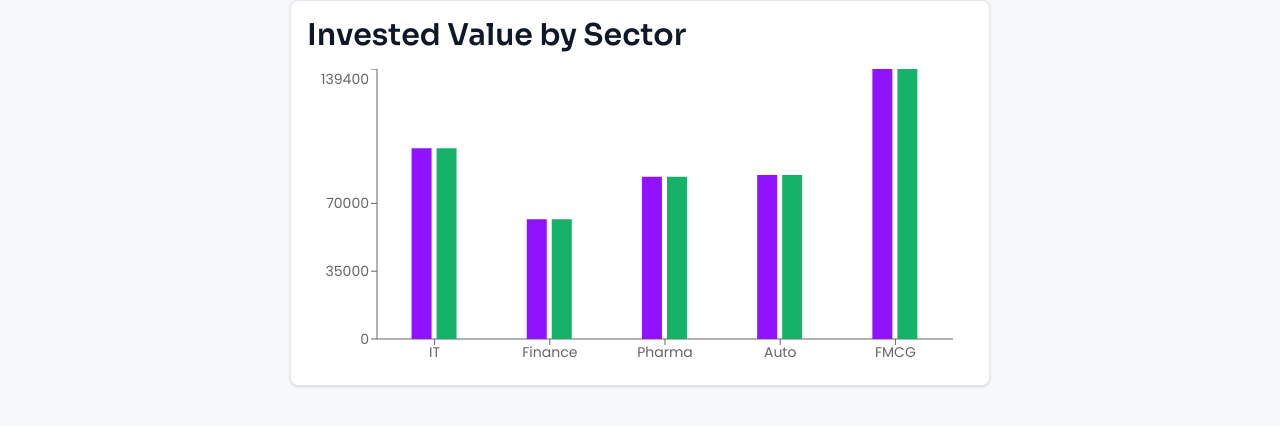
Repository: jabir12-12/inten-project
Page: /components/barchart
These files come from the project's save history. The page is drawn as it stood at one moment and after the next save; the edit follows.
The browser window is 1280 px wide. The pictures show the whole page.
The page's requests for data from a server got no answer. The project was rebuilt for these pictures with package versions that can differ from the ones it lists, and the page was loaded fresh each time. The framework's server and built-in components were replaced by stand-ins that run in the browser. No one was signed in, and anything a server would have sent is missing. Also part of the build but not shown: next.config.ts.

Above is the page before, as saved 2025-05-17 23:30:03.

### src/pages/_app.tsx
import "@/styles/globals.css";
import type { AppProps } from "next/app"

export default function App({ Component, pageProps }: AppProps) {
  return <Component {...pageProps} />;
}

### src/pages/components/barchart.tsx
import React, { useEffect, useState } from 'react';
import {
    Bar,
    BarChart,
    CartesianGrid,
    Legend,
    ResponsiveContainer,
    Tooltip,
    XAxis,
    YAxis,
} from "recharts";

interface StockData {
    symbol: string;
    category: string;
    purchasePrice: number;
    quantity: number;
    cmp: number;  // current market price
}

const BASE_STOCKS = [
    { symbol: 'INFY.NS', category: 'IT', purchasePrice: 1650, quantity: 20 },
    { symbol: 'TCS.NS', category: 'IT', purchasePrice: 3800, quantity: 10 },
    { symbol: 'HCLTECH.NS', category: 'IT', purchasePrice: 1100, quantity: 25 },

    { symbol: 'HDFCBANK.NS', category: 'Finance', purchasePrice: 1500, quantity: 15 },
    { symbol: 'ICICIBANK.NS', category: 'Finance', purchasePrice: 750, quantity: 30 },
    { symbol: 'SBIN.NS', category: 'Finance', purchasePrice: 420, quantity: 40 },

    { symbol: 'SUNPHARMA.NS', category: 'Pharma', purchasePrice: 950, quantity: 18 },
    { symbol: 'DIVISLAB.NS', category: 'Pharma', purchasePrice: 4800, quantity: 10 },
    { symbol: 'CIPLA.NS', category: 'Pharma', purchasePrice: 850, quantity: 22 },

    { symbol: 'TATAMOTORS.NS', category: 'Auto', purchasePrice: 350, quantity: 50 },
    { symbol: 'BAJAJ-AUTO.NS', category: 'Auto', purchasePrice: 4200, quantity: 8 },
    { symbol: 'EICHERMOT.NS', category: 'Auto', purchasePrice: 2800, quantity: 12 },

    { symbol: 'HINDUNILVR.NS', category: 'FMCG', purchasePrice: 2500, quantity: 14 },
    { symbol: 'ITC.NS', category: 'FMCG', purchasePrice: 240, quantity: 60 },
    { symbol: 'NESTLEIND.NS', category: 'FMCG', purchasePrice: 18000, quantity: 5 },
];

// Helper to aggregate by category for chart
function aggregateByCategory(stocks: StockData[]) {
    const categoryMap: Record<string, { invested: number; current: number }> = {};

    stocks.forEach(({ category, purchasePrice, quantity, cmp }) => {
        if (!categoryMap[category]) {
            categoryMap[category] = { invested: 0, current: 0 };
        }
        categoryMap[category].invested += purchasePrice * quantity;
        categoryMap[category].current += cmp * quantity;
    });

    return Object.entries(categoryMap).map(([name, values]) => ({
        name,
        invested: values.invested,
        current: values.current,
    }));
}

export default function BarChartComponent() {
    const [stocks, setStocks] = useState<StockData[]>([]);
    const [loading, setLoading] = useState(true);

    useEffect(() => {
        async function fetchData() {
            try {
                const res = await fetch('/api/route'); // Replace with your actual API route URL
                const json = await res.json();

                if (json.success) {
                    // Map cmp prices by symbol
                    const pricesMap: Record<string, number> = {};
                    json.data.forEach((stock: { symbol: string; cmp: number }) => {
                        pricesMap[stock.symbol] = stock.cmp;
                    });

                    // Merge cmp prices into base stocks
                    const updatedStocks: StockData[] = BASE_STOCKS.map(stock => ({
                        ...stock,
                        cmp: pricesMap[stock.symbol] ?? stock.purchasePrice,
                    }));

                    setStocks(updatedStocks);
                } else {
                    console.error("Failed to load stock prices:", json.error);
                    // Fallback to purchasePrice if API fails
                    const fallbackStocks = BASE_STOCKS.map(stock => ({
                        ...stock,
                        cmp: stock.purchasePrice,
                    }));
                    setStocks(fallbackStocks);
                }
            } catch (err) {
                console.error("Error fetching stock prices:", err);
                // Fallback to purchasePrice on error
                const fallbackStocks = BASE_STOCKS.map(stock => ({
                    ...stock,
                    cmp: stock.purchasePrice,
                }));
                setStocks(fallbackStocks);
            } finally {
                setLoading(false);
            }
        }

        fetchData();
    }, []);

    if (loading) return <div>Loading stock data...</div>;

    const barChartData = aggregateByCategory(stocks);

    return (
        <div className="flex flex-col gap-4 border border-gray-200 rounded-lg p-4 bg-white shadow-sm max-w-full w-full sm:w-[90vw] md:w-[600px] lg:w-[700px] mx-auto">
            <h1 className="text-gray-900 font-semibold text-xl sm:text-2xl md:text-3xl">
                Invested Value by Sector
            </h1>

            <ResponsiveContainer width="100%" height={300}>
                <BarChart
                    data={barChartData}
                    barGap={5}
                    barCategoryGap="30%"
                    margin={{ right: 20, left: 10 }}
                >
                    <CartesianGrid strokeDasharray="3 3" horizontal={false} vertical={false} />
                    <XAxis
                        dataKey="name"
                        fontFamily="poppins"
                        fontSize={14}
                        fontWeight={400}
                        fill="#667085"
                        interval="preserveStartEnd"
                    />
                    <YAxis
                        domain={[0, 'dataMax']}
                        fontFamily="poppins"
                        fontSize={14}
                        fontWeight={400}
                        fill="#667085"
                    />
                    <Tooltip
                        cursor={false}
                        isAnimationActive={true}
                        content={({ active, payload, label }) => {
                            if (!active || !payload || payload.length === 0) return null;

                            const invested = Number(payload.find(p => p.dataKey === 'invested')?.value) || 0;
                            const current = Number(payload.find(p => p.dataKey === 'current')?.value) || 0;
                            const gainLoss = Math.abs(current - invested);
                            const gainLossColor = current >= invested ? "#17B26A" : "#F04438";

                            return (
                                <div style={{ backgroundColor: 'white', padding: 10, border: '1px solid #ccc' }}>
                                    <p style={{ marginBottom: 8, fontWeight: 'bold' }}>{label}</p>
                                    <p style={{ color: '#9012FF' }}>
                                        Invested: ₹{invested.toLocaleString("en-IN")}
                                    </p>
                                    <p style={{ color: gainLossColor }}>
                                        Current: ₹{current.toLocaleString("en-IN")}
                                    </p>
                                    <p style={{ color: gainLossColor }}>
                                        Gain/Loss: ₹{gainLoss.toLocaleString("en-IN")}
                                    </p>
                                </div>
                            );
                        }}
                    />
                    <Legend wrapperStyle={{ display: 'none' }} />
                    <Bar dataKey="invested" name="Invested" fill="#9012FF" />
                    <Bar dataKey="current" name="Current" fill="#17B26A" />
                </BarChart>
            </ResponsiveContainer>
        </div>
    );
}

### src/styles/globals.css
@import url('https://fonts.googleapis.com/css2?family=Poppins:wght@400;500;600&family=Inter:wght@400;500;600&family=Sora:wght@400;500;600;700;800&display=swap');
@import url('https://fonts.googleapis.com/css2?family=Inter:wght@400;700&display=swap');

@import "tailwindcss";

body {
  background-color: #f7f8fb;
  margin: 0;
  padding: 0;
  font-family: 'Poppins', sans-serif;
  justify-content: center;
  align-items: center;
  height: 100vh;
}

.video-js .vjs-playback-rate {
  font-size: 10px;
  transform: translateY(12px);
  /* Moves the button down by 10px */

}

.heading .head {
  font-family: 'Sora', sans-serif;
  font-size: 24px;
  /* Example size */
  font-weight: 700;
}

/* Example for other headings if needed */
h1,
h2,
h3,
h4,
h5,
h6 {
  font-family: 'Sora', sans-serif;
}

h3 {
  font-size: 18px;
  font-weight: 600;
}

/* Ensure that other text elements use Poppins */
p,
span,
div {
  font-family: 'Poppins', sans-serif;
}

.button {
  outline: none;
}

/* Custom scrollbar styles */

::-webkit-scrollbar {
  width: 7px;
  height: 7px;
}

::-webkit-scrollbar-thumb {
  background-color: rgba(234, 236, 240, 1);
  ;

  border-radius: 100px;
}

::-webkit-scrollbar-track {
  background: "white";

}

/* THIS IS FOR TEXT-EDITOR IN DISSCUSSION TAB --------------------------*/
.custom-quill .ql-container {
  border: none !important;
  /* Remove the border from the container */
}

.custom-quill .ql-editor {
  border: none !important;
  /* Ensure no border around the editor */
}

.custom-quill:focus {
  outline: none;
  /* Remove outline on focus */
}

.custom-quill .ql-editor {
  font-size: 16px;
  /* Set text size to 16px */
  font-family: 'Poppins', sans-serif;
  font-style: normal;
  /* Use the Poppins font */

}

.custom-quill .ql-editor:empty::before {

  /* Show placeholder */
  color: #667085;
  /* Placeholder color */
  font-family: 'Poppins', sans-serif;
  font-style: normal;
  /* Poppins font for placeholder */
  font-size: 16px;
  /* Placeholder size */
  position: absolute;
  /* Position it absolutely */
  left: 10px;
  /* Adjust according to your padding */
  top: 10px;
  /* Adjust according to your padding */
  pointer-events: none;
  /* Prevent interaction */
}

.custom-quill .ql-editor:focus::before {
  display: none;
  /* Hide placeholder on focus */
}

/* -------------------------------------------------- */
/* FOR TOOLTIP FOR TEST PAGE ONLY ->learn Tab */


.tooltipText {
  position: absolute;
  color: white;
  bottom: 125%;
  /* Position above the button */
  left: 50%;
  /* Center horizontally */
  transform: translateX(-50%);
  /* Adjust to center the tooltip */

  z-index: 3;
  background-color: #131313;
  box-shadow: 0 5px 10px rgba(0, 0, 0, 0.3);
  padding: 6px 14px;
  /* Padding inside the tooltip */
  width: 204px;
  /* Fixed width */
  height: auto;
  /* Hug content (height grows with content) */
  min-height: 78px;
  /* Minimum height */
  font-size: 15px;
  font-weight: 400;
  border-radius: 5px;
  white-space: normal;
  /* Allow text wrapping for longer content */
  opacity: 0;
  pointer-events: none;
  transition: all 0.4s ease;
}

.tooltip:hover .tooltipText {
  opacity: 1;
  pointer-events: auto;
  transform: translate(-50%, -10px);
  /* Move tooltip slightly up on hover */
}

.drawer-overlay {
  background-color: transparent !important;
  /* Makes the overlay transparent */
}

/* magic.module.css */
.customCheckbox input[type="checkbox"]:checked {
  background-color: #9012FF;
  border-color: #9012FF;
}

/* Add this to your global CSS file */
.ql-container .ql-editor img {
  cursor: pointer;
}

.image-resizer {
  border: 1px dashed #999;
  position: absolute;
}

.image-resizer .resize-handle {
  background-color: #fff;
  border: 1px solid #999;
  height: 8px;
  width: 8px;
  position: absolute;
}

.image-resizer .resize-handle.se {
  bottom: -5px;
  right: -5px;
  cursor: se-resize;
}

.image-resizer .resize-handle.sw {
  bottom: -5px;
  left: -5px;
  cursor: sw-resize;
}

.image-resizer .resize-handle.ne {
  top: -5px;
  right: -5px;
  cursor: ne-resize;
}

.image-resizer .resize-handle.nw {
  top: -5px;
  left: -5px;
  cursor: nw-resize;
}


@layer base {
  :root {
    --radius: 0.5rem;
    --chart-1: 12 76% 61%;
    --chart-2: 173 58% 39%;
    --chart-3: 197 37% 24%;
    --chart-4: 43 74% 66%;
    --chart-5: 27 87% 67%;
  }

  .dark {
    --chart-1: 220 70% 50%;
    --chart-2: 160 60% 45%;
    --chart-3: 30 80% 55%;
    --chart-4: 280 65% 60%;
    --chart-5: 340 75% 55%;
  }
}

Loaded but not shown: src/pages/_document.tsx (common file)

After the next save:
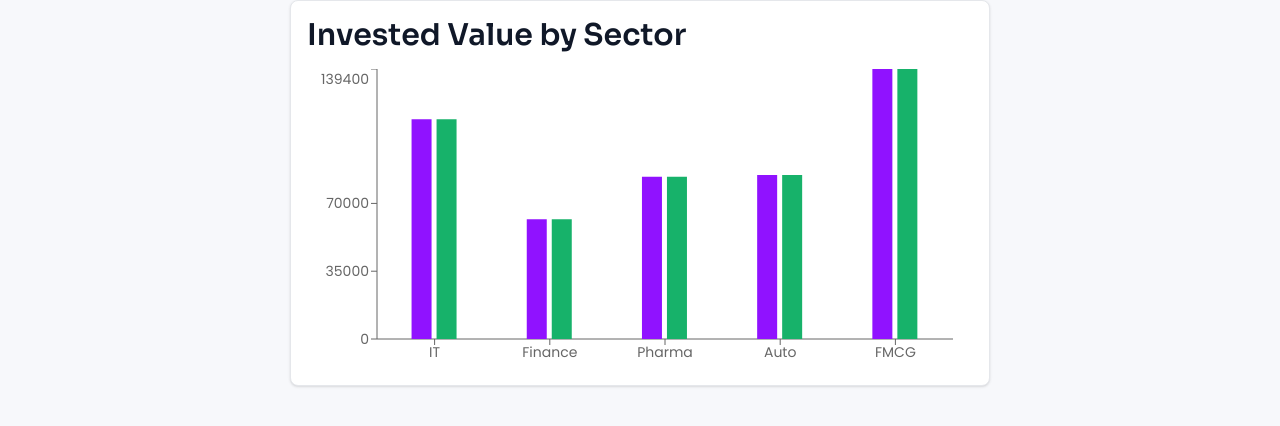
Saved 1 s later.
--- a/src/pages/components/barchart.tsx
+++ b/src/pages/components/barchart.tsx
@@ -21,7 +21,7 @@ interface StockData {
 const BASE_STOCKS = [
     { symbol: 'INFY.NS', category: 'IT', purchasePrice: 1650, quantity: 20 },
     { symbol: 'TCS.NS', category: 'IT', purchasePrice: 3800, quantity: 10 },
-    { symbol: 'HCLTECH.NS', category: 'IT', purchasePrice: 1100, quantity: 25 },
+    { symbol: 'HCLTECH.NS', category: 'IT', purchasePrice: 1700, quantity: 25 },
 
     { symbol: 'HDFCBANK.NS', category: 'Finance', purchasePrice: 1500, quantity: 15 },
     { symbol: 'ICICIBANK.NS', category: 'Finance', purchasePrice: 750, quantity: 30 },
